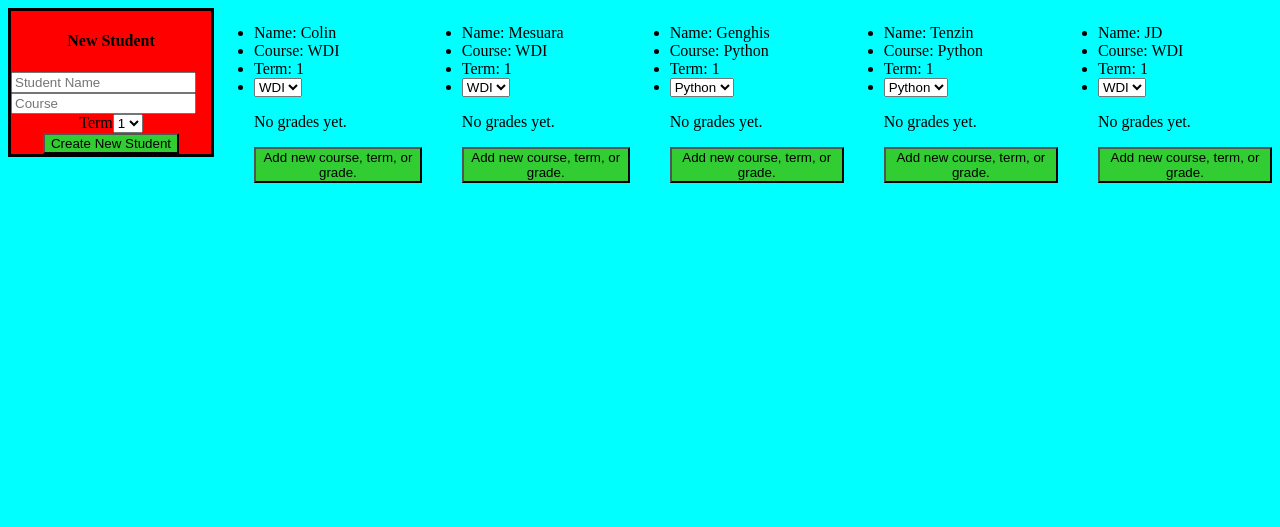
Repository: EdmontDantes/graderaide-ui
Page: index.html
The author's editor kept a copy of each file at every save. The page is drawn from the files as they stood at one save, then again after a run of saves.
The browser window is 1280 px wide. The pictures show the whole page.

Above is the page before, as saved 2020-04-21 14:39:27.

### index.html
<html lang="en">
  <head>
    <title>Graderaide</title>
    <meta charset="UTF-8">
    <meta name="viewport" content="width=device-width, initial-scale=1">
    <link rel="stylesheet" type="text/css" href="style.css">
  </head>

  <body>
    <section class="app">
      <section class="student-display">

      <section class="new-student-input">
        <h1 id="text-h1-creation-section">New Student</h1>

        <div id="new-student-input-boxes">
          <!-- <label for="new-student-name">Student Name</label> -->
          <input id="new-student-name-input-box"type="text" class="new-student-name" name="new-student-name" placeholder="Student Name">
          <!-- <label for="new-student-course">Course</label> -->
          <input id="new-student-course-input-box" type="text" class="new-student-course" name="new-student-course" placeholder="Course">
        </div>

        <div id="new-student-input-options"
          <label for="new-student-term">Term</label>
          <select class="new-student-term" name="new-student-term">
            <option value="1">1</option>
            <option value="2">2</option>
            <option value="3">3</option>
          </select>
        </div>
        <section class="new-student-submit">
          <button type="submit" class="new-student-button">Create New Student</button>
        </section>
      </section>
    </section>

      <section class="student-display">
        <ul class="student-info">
          <li>Name: Colin</li>
          <li>Course: WDI</li>
          <li>Term: 1</li>
          <li>
            <select class="course-selection">
              <option value="wdi">WDI</option>
            </select>
            <p>No grades yet.</p>
          </li><button>Add new course, term, or grade.</button>
        </ul>
      </section>
      <section class="student-display">
        <ul class="student-info">
          <li>Name: Mesuara</li>
          <li>Course: WDI</li>
          <li>Term: 1</li>
          <li>
            <select class="course-selection">
              <option value="wdi">WDI</option>
            </select>
            <p>No grades yet.</p>
          </li><button>Add new course, term, or grade.</button>
        </ul>
      </section>

        <ul class="student-info">
          <li>Name: Genghis</li>
          <li>Course: Python</li>
          <li>Term: 1</li>
          <li>
            <select class="course-selection">
              <option value="python">Python</option>
            </select>
            <p>No grades yet.</p>
          </li><button>Add new course, term, or grade.</button>
        </ul>
        <ul class="student-info">
          <li>Name: Tenzin</li>
          <li>Course: Python</li>
          <li>Term: 1</li>
          <li>
            <select class="course-selection">
              <option value="python">Python</option>
            </select>
            <p>No grades yet.</p>
          </li><button>Add new course, term, or grade.</button>
        </ul>
        <ul class="student-info">
          <li>Name: JD</li>
          <li>Course: WDI</li>
          <li>Term: 1</li>
          <li>
            <select class="course-selection">
              <option value="wdi">WDI</option>
            </select>
            <p>No grades yet.</p>
          </li><button>Add new course, term, or grade.</button>
        </ul>
      </section>
    </section>
  </body>
</html>

### style.css
@media (min-width: 601px) and (max-width: 1100px);
body {
    background-color: aqua;
    display: flex;
    flex-wrap: wrap;
    justify-content: center;
}

.app {
    display: flex;
    flex-direction: row;
}

#text-h1-creation-section {
    display: flex;
    flex-wrap: wrap;
    justify-content: center;
}

#new-student-input-options {
    display: flex;
    flex-wrap: wrap;
    justify-content: center;
}

.new-student-submit {
    display: flex;
    flex-wrap: wrap;
    justify-content: center;
}

.new-student-input {
    width: 200px;
    background-color: red;
    border: 3px solid black;

}
button {
    background-color: limegreen ;
}

After the next 2 saves:
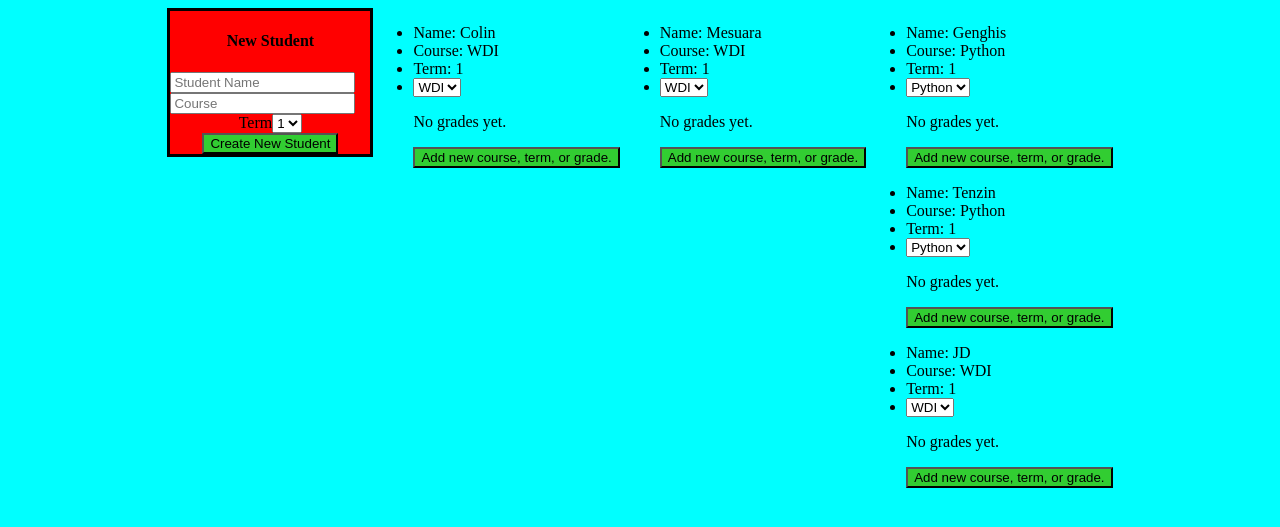
The 2 saves are shown as one change because they came seconds apart.
The last was saved 9 s later.
--- a/index.html
+++ b/index.html
@@ -61,6 +61,7 @@
         </ul>
       </section>
 
+      <section class="student-display">
         <ul class="student-info">
           <li>Name: Genghis</li>
           <li>Course: Python</li>
